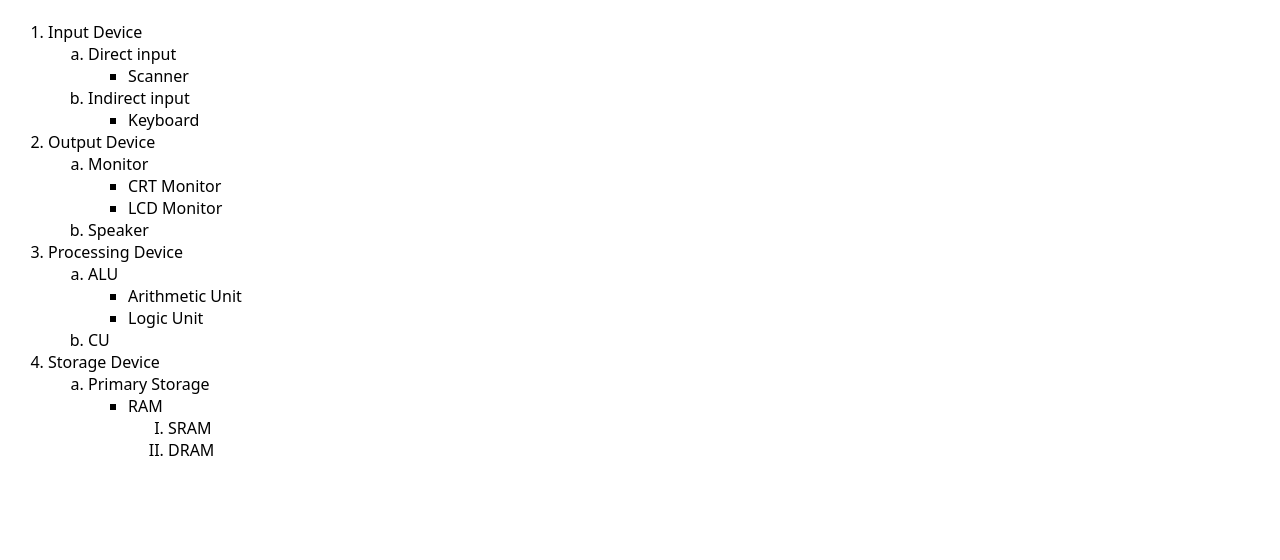
Repository: SharonSebastian32/Nested_List_in_html
Page: index.html
These files come from the project's save history. The page is drawn as it stood at one moment and after the next save; the edit follows.
The browser window is 1280 px wide. The pictures show the whole page.

Above is the page before, as saved 2024-09-01 07:44:52.

After the next save:
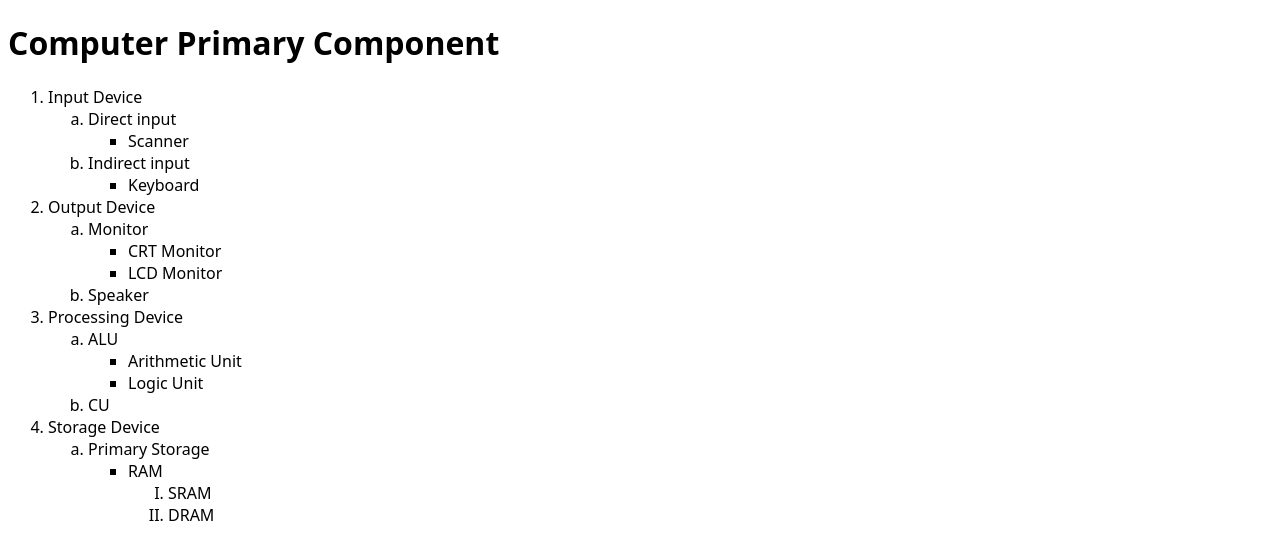
Saved 9 s later.
--- a/index.html
+++ b/index.html
@@ -7,7 +7,7 @@
     <link rel="stylesheet" href="./Styles/Styles.css" />
   </head>
   <body>
-    <h1></h1>
+    <h1>Computer Primary Component</h1>
     <ol>
       <li>Input Device</li>
       <ol type="a">
@@ -33,8 +33,8 @@
       <ol type="a">
         <li>ALU</li>
         <ul>
-            <li>Arithmetic Unit</li>
-            <li>Logic Unit</li>
+          <li>Arithmetic Unit</li>
+          <li>Logic Unit</li>
         </ul>
         <ul></ul>
         <li>CU</li>
